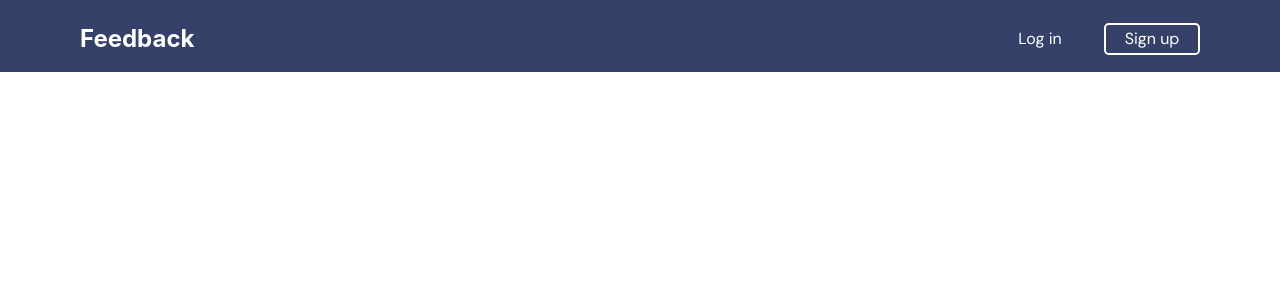
Repository: drumsmanku/final-evaluation-test
Page: / (app in client/)
The author's editor kept a copy of each file at every save. The page is drawn from the files as they stood at one save, then again after the next save.
The browser window is 1280 px wide. The pictures show the whole page.
The project was rebuilt for these pictures with package versions that can differ from the ones it lists, and the page was loaded fresh each time. Also part of the build but not shown: client/src/App.css.

Above is the page before, as saved 2023-07-27 21:41:38.

After the next save:
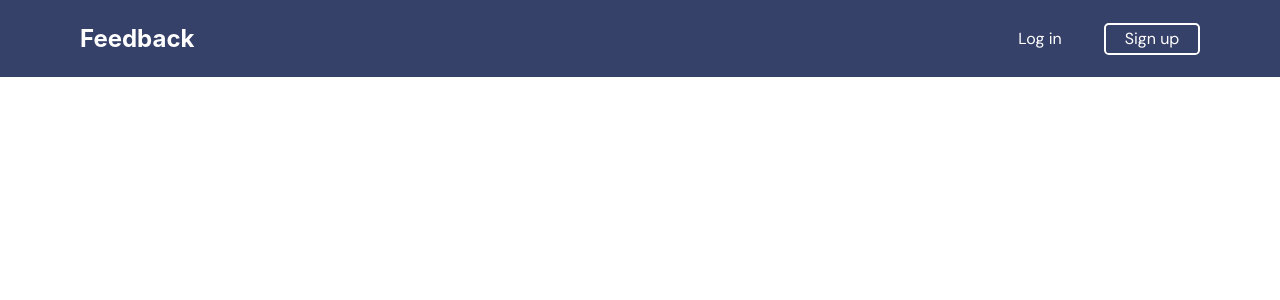
Saved 14 s later.
--- a/client/src/CSS/MainPage.css
+++ b/client/src/CSS/MainPage.css
@@ -8,7 +8,7 @@
 
 }
 .main-top-container{
-  height: 10%;
+
   width: 100%;
   display: flex;
 }
